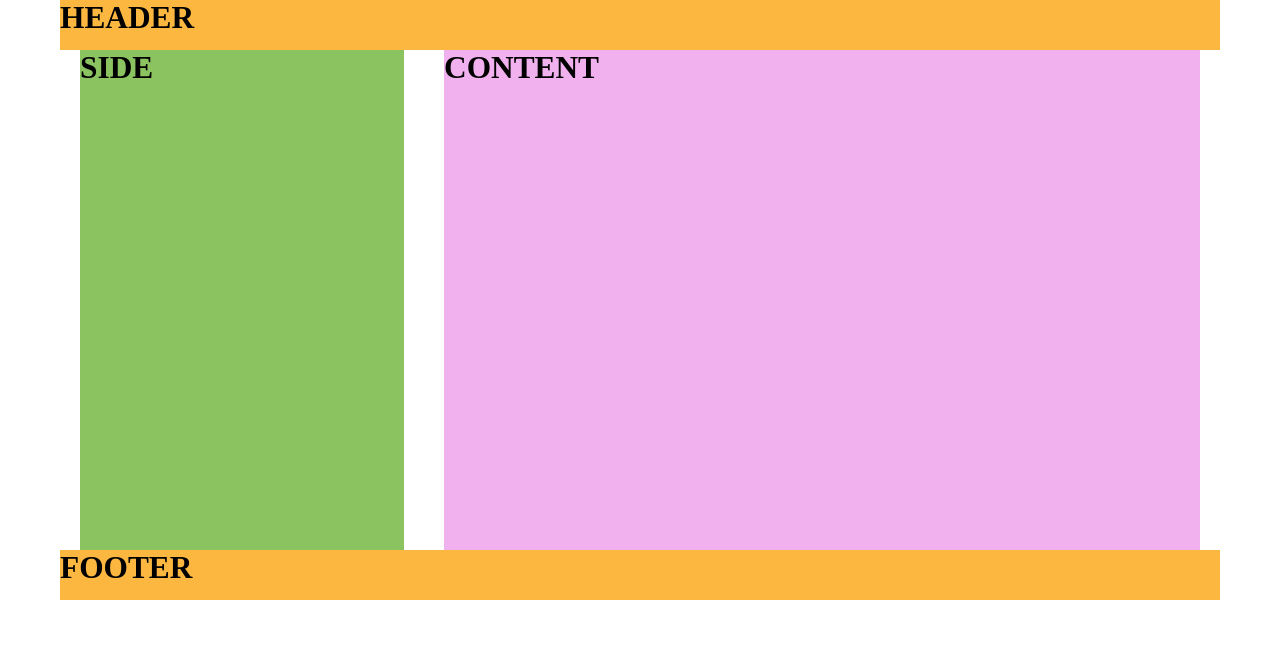
Repository: DuongThanhLong/Basic-responsive-HTML--CSS
Page: Flexbox/index.html
An editor plug-in stored every save of this project. The page is shown before and after the next save, followed by the edit.
The browser window is 1280 px wide. The pictures show the whole page.

Above is the page before, as saved 2021-09-21 20:20:32.

After the next save:
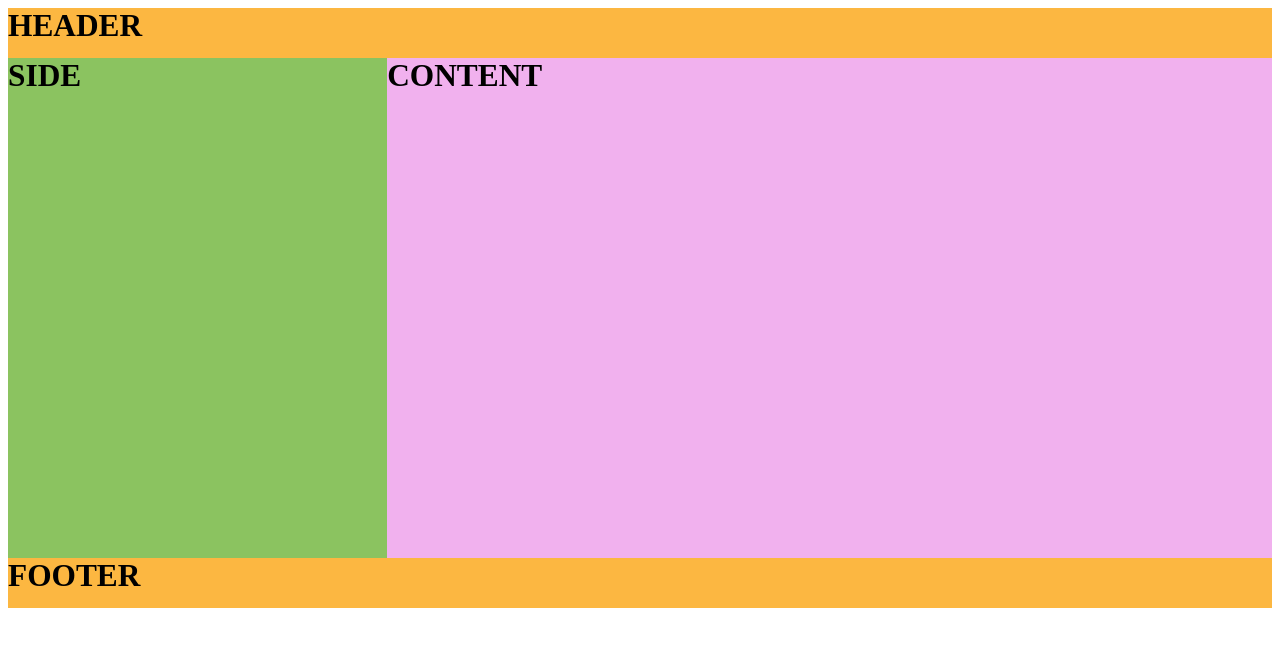
Saved 21 s later.
--- a/Flexbox/style.css
+++ b/Flexbox/style.css
@@ -1,7 +1,5 @@
 * {
     box-sizing: inherit;
-    margin: 0 20px 0 20px;
-    padding: 0;
     font-size: 1.4rem;
 }
 
@@ -9,7 +7,6 @@ header {
     font-weight: bold;
     background-color: #FCB741;
     height: 50px;
-    margin: 0 20px 0 20px;
 }
 
 .center {
@@ -33,5 +30,4 @@ footer {
     font-weight: bold;
     background-color: #FCB741;
     height: 50px;
-    margin: 0 20px 0 20px;
 }
